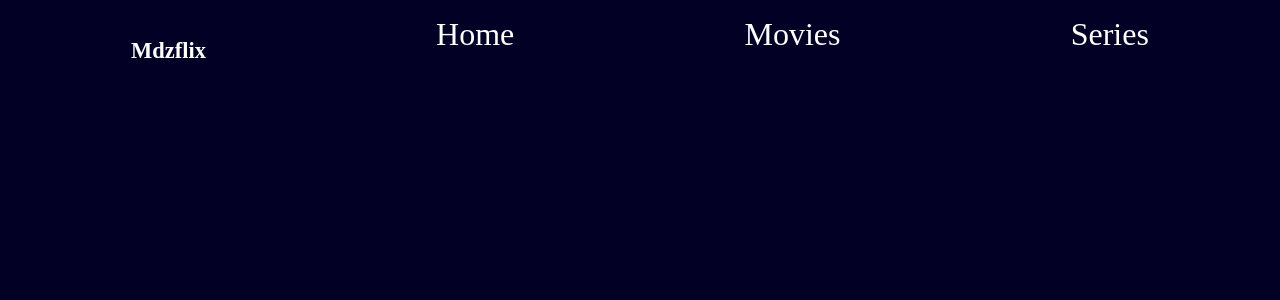
Repository: leo7mdz/app-movies-react
Page: /series
An editor plug-in stored every save of this project. The page is shown before and after the next save, followed by the edit.
The browser window is 1280 px wide. The pictures show the whole page.
The page's requests for data from a server got no answer. The project was rebuilt for these pictures with package versions that can differ from the ones it lists, and the page was loaded fresh each time. No one was signed in, and anything a server would have sent is missing. Also part of the build but not shown: vite.config.js, src/components/details.module.css, src/pages/Details.jsx, src/pages/ErrorPage.jsx, src/utils/apiFetchCarousel.js, src/components/Carousel.jsx, src/components/CarouselTop.jsx, src/pages/Home.jsx and 12 more.

Above is the page before, as saved 2023-03-15 22:05:26.

After the next save:
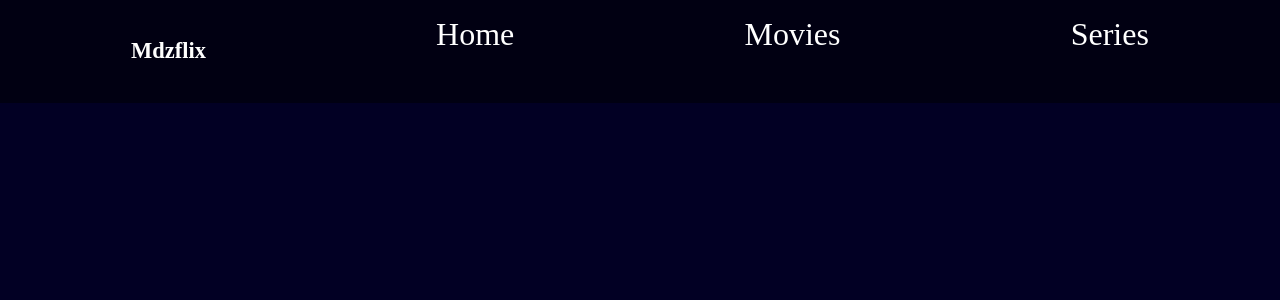
Saved 50 s later.
--- a/src/components/navBar.module.css
+++ b/src/components/navBar.module.css
@@ -4,4 +4,5 @@
     top: 0;
     width: 100%;
     z-index: 1000;
+    background-color: rgba(0, 0, 0, .5);
 }
